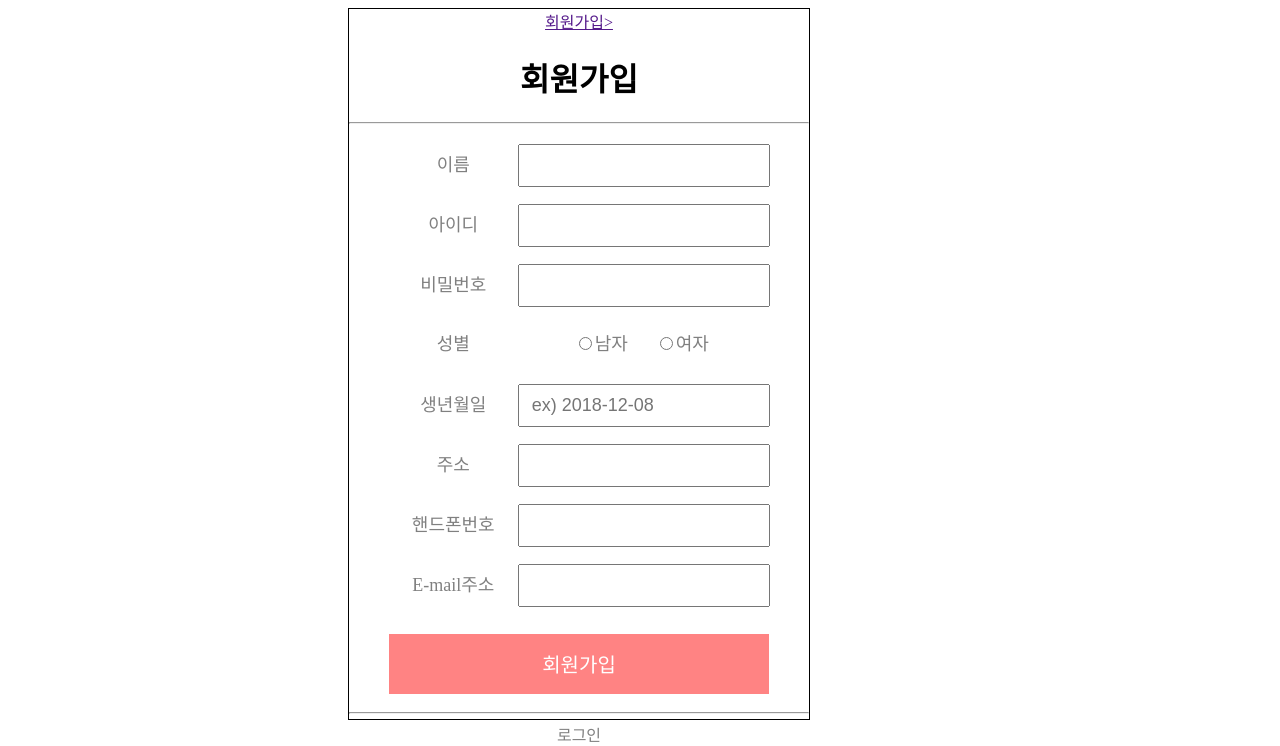
Repository: seeunOh/Webproject2018_StrongHealth
Page: http://localhost/StrongHealth/Join.jsp
These files come from the project's save history. The page is drawn as it stood at one moment and after the next save; the edit follows.
The browser window is 1280 px wide. The pictures show the whole page.
The page is served by Tomcat 9.

Above is the page before, as saved 2018-12-16 07:59:48.

After the next save:
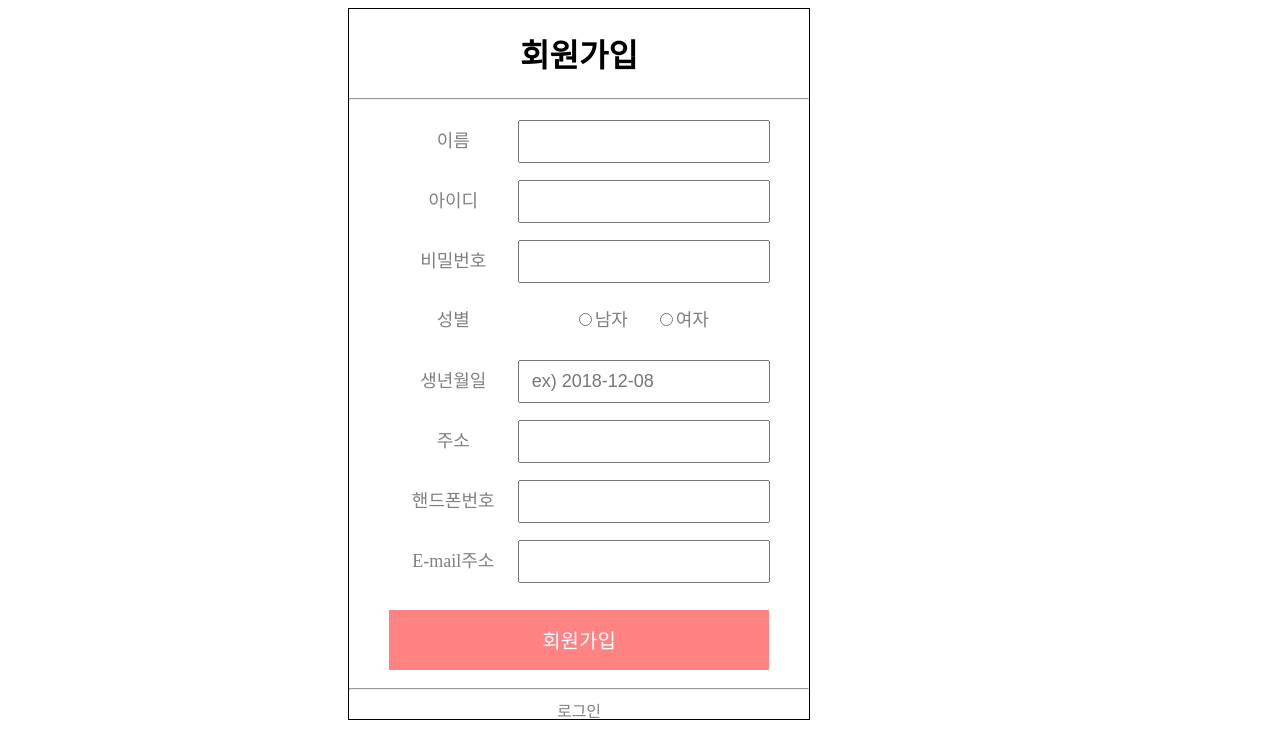
Saved 5 s later.
--- a/StrongHealth/WebContent/Join.jsp
+++ b/StrongHealth/WebContent/Join.jsp
@@ -84,7 +84,6 @@ float:left;
 <div id=canvas>
 	<div id="container">
 
-		<a href="">회원가입></a>
 		<h1>회원가입</h1>
 		<hr>
 		<form action="Join_check.jsp" method="post">
